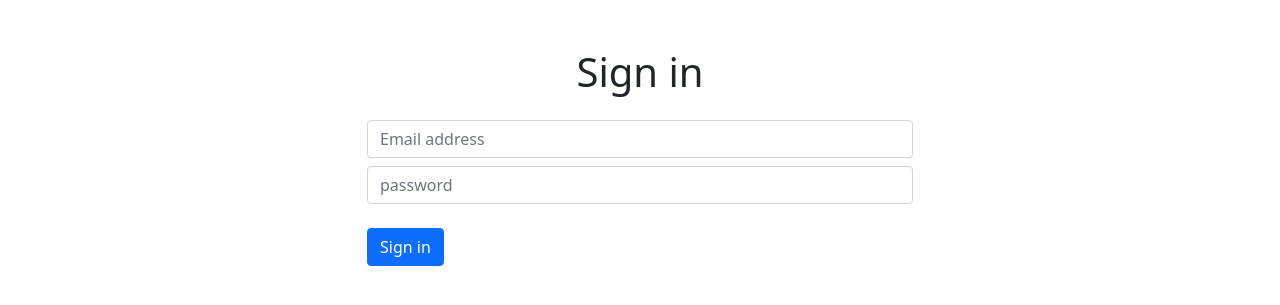
Repository: paresh-art/MyWebsite
Page: http://localhost/com.website/signIn.jsp
An editor plug-in stored every save of this project. The page is shown before and after the next save, followed by the edit.
The browser window is 1280 px wide. The pictures show the whole page.
The page is served by Tomcat 9. Other server files are loaded and not shown.

Above is the page before, as saved 2022-11-08 08:29:01.

### com.website/src/main/webapp/signIn.jsp
<%@ page language="java" contentType="text/html; charset=UTF-8"
	pageEncoding="UTF-8"%>
<!DOCTYPE html>
<html>
<head>
<meta charset="UTF-8">
<!-- Required meta tags -->
<meta charset="utf-8">
<meta name="viewport" content="width=device-width, initial-scale=1">
<!-- Bootstrap CSS -->
<link
	href="https://cdn.jsdelivr.net/npm/bootstrap@5.0.2/dist/css/bootstrap.min.css"
	rel="stylesheet"
	integrity="sha384-EVSTQN3/azprG1Anm3QDgpJLIm9Nao0Yz1ztcQTwFspd3yD65VohhpuuCOmLASjC"
	crossorigin="anonymous">

<title>Sign in Page</title>
</head>
<body>
	<div class="container mt-5">
		<h1 class="mx-auto text-center">Sign in</h1>
		<form action="home.jsp" class="mt-4" method="post">
			<div class="row">
				<div class="col-lg-6 col-md-8 col-sm-12 mx-auto text-light">
					<input type="text" class="form-control" placeholder="Email address"
						name="email">
				</div>
			</div>

			<div class="row mt-2">
				<div class="col-lg-6 col-md-8 col-sm-12 mx-auto text-light">
					<input type="text" class="form-control" placeholder="password"
						name="password">
				</div>
			</div>
			<br>
			<div class="row">
				<div class="col-lg-6 col-md-8 col-sm-12 mx-auto text-light">
					<button class="btn btn-primary " type="submit">Sign in</button>
				</div>

			</div>
		</form>
	</div>

<!-- Optional JavaScript; choose one of the two! -->

	<!-- Option 1: Bootstrap Bundle with Popper -->
	<script
		src="https://cdn.jsdelivr.net/npm/bootstrap@5.0.2/dist/js/bootstrap.bundle.min.js"
		integrity="sha384-MrcW6ZMFYlzcLA8Nl+NtUVF0sA7MsXsP1UyJoMp4YLEuNSfAP+JcXn/tWtIaxVXM"
		crossorigin="anonymous"></script>

	<!-- Option 2: Separate Popper and Bootstrap JS -->
	<!--
    <script src="https://cdn.jsdelivr.net/npm/@popperjs/core@2.9.2/dist/umd/popper.min.js" integrity="sha384-IQsoLXl5PILFhosVNubq5LC7Qb9DXgDA9i+tQ8Zj3iwWAwPtgFTxbJ8NT4GN1R8p" crossorigin="anonymous"></script>
    <script src="https://cdn.jsdelivr.net/npm/bootstrap@5.0.2/dist/js/bootstrap.min.js" integrity="sha384-cVKIPhGWiC2Al4u+LWgxfKTRIcfu0JTxR+EQDz/bgldoEyl4H0zUF0QKbrJ0EcQF" crossorigin="anonymous"></script>
    -->



</body>
</html>

After the next save:
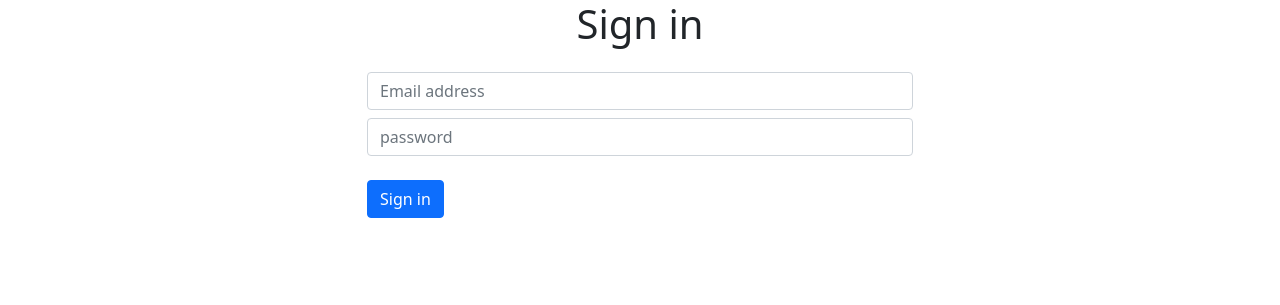
Saved 65 s later.
--- a/com.website/src/main/webapp/signIn.jsp
+++ b/com.website/src/main/webapp/signIn.jsp
@@ -17,7 +17,7 @@
 <title>Sign in Page</title>
 </head>
 <body>
-	<div class="container mt-5">
+	<div class="container mt-10">
 		<h1 class="mx-auto text-center">Sign in</h1>
 		<form action="home.jsp" class="mt-4" method="post">
 			<div class="row">

After the 2 saves that followed:
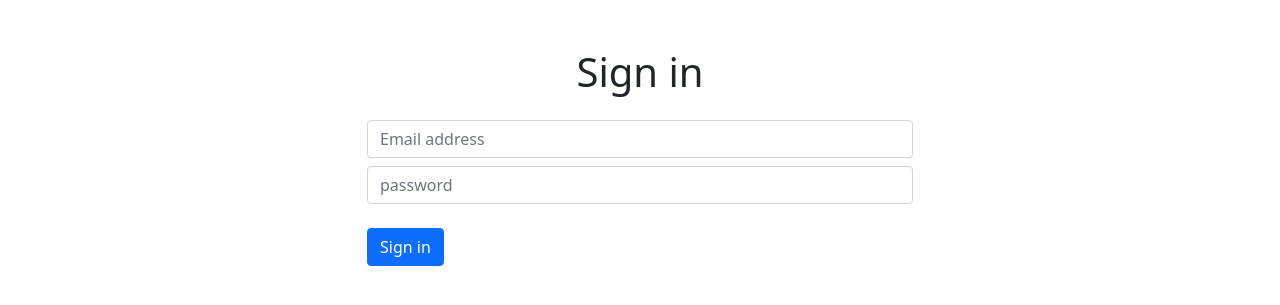
The 2 saves are shown as one change because 1 left the picture as it was.
The last was saved 24 s later.
--- a/com.website/src/main/webapp/signIn.jsp
+++ b/com.website/src/main/webapp/signIn.jsp
@@ -17,7 +17,7 @@
 <title>Sign in Page</title>
 </head>
 <body>
-	<div class="container mt-10">
+	<div class="container mt-5">
 		<h1 class="mx-auto text-center">Sign in</h1>
 		<form action="home.jsp" class="mt-4" method="post">
 			<div class="row">
